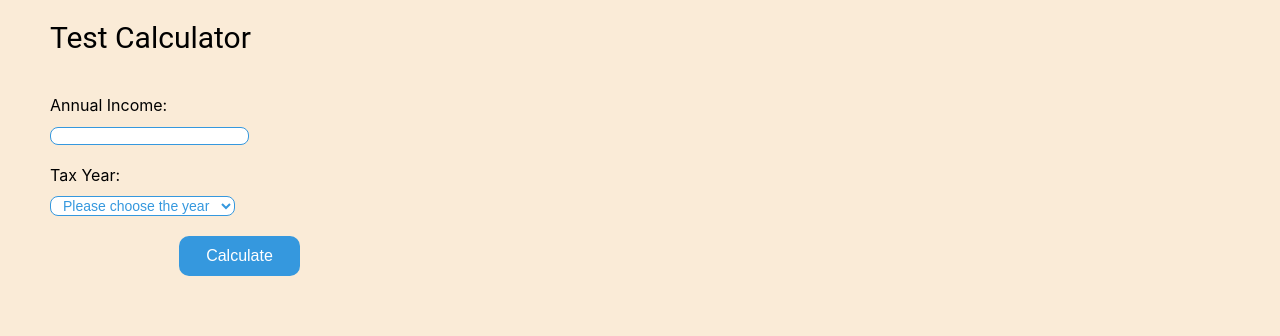
Repository: jbpadilha/taxcalculator
Page: /
The author's editor kept a copy of each file at every save. The page is drawn from the files as they stood at one save, then again after a run of saves.
The browser window is 1280 px wide. The pictures show the whole page.
The project was rebuilt for these pictures with package versions that can differ from the ones it lists, and the page was loaded fresh each time.

Above is the page before, as saved 2023-06-17 21:43:24.

After the next 2 saves:
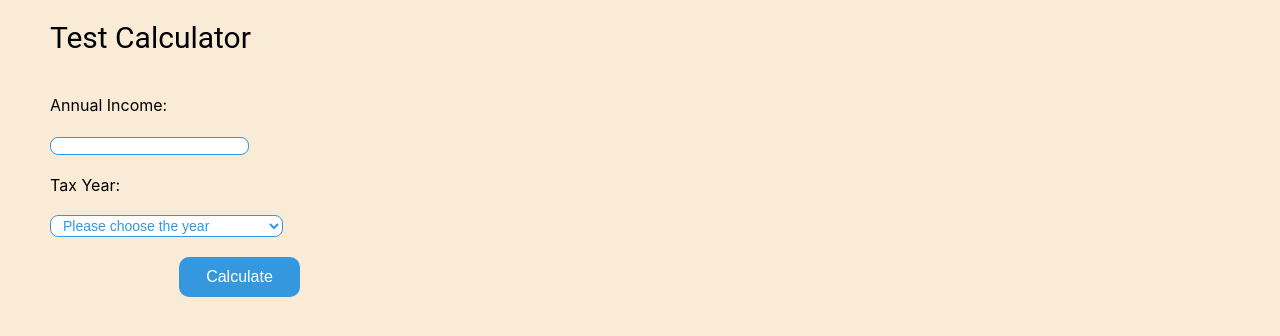
The 2 saves are shown as one change because 1 did not build or start.
The last was saved 14 min 10 s later.
--- a/src/components/Main.tsx
+++ b/src/components/Main.tsx
@@ -8,7 +8,7 @@ const styles = {
         paddingLeft: 50,
         width: 250
     },
-    contentForm: {
+    marginTop: {
         marginTop: 20,
     },
     title: {
@@ -21,12 +21,6 @@ const styles = {
     },
     description: {
 
-    },
-    contentInput: {
-        marginTop: 20,
-    },
-    marginInput: {
-        marginTop: 10,
     },
     contentButton: {
         marginTop: 20,
@@ -78,21 +72,21 @@ const Main = () => {
     return (
         <div style={styles.content}>
             <div style={styles.title}>Test Calculator</div>
-            <div style={styles.contentForm}>
-                <div style={styles.contentInput}>
+            <div style={styles.marginTop}>
+                <div style={styles.marginTop}>
                     <div>
                         <label htmlFor='income' style={styles.titleInput}>Annual Income:</label>
                     </div>
-                    <div style={styles.marginInput}>
+                    <div style={styles.marginTop}>
                         <input style={styles.input} type="text" id="income" name="income" />
                     </div>
                 </div>
-                <div style={styles.contentInput}>
+                <div style={styles.marginTop}>
                     <div>
                         <label htmlFor='taxYear' style={styles.titleInput}>Tax Year:</label>
                     </div>
-                    <div style={styles.marginInput}>
-                    <select onChange={()=>{}} style={styles.input} id="taxYear" name="taxYear">
+                    <div style={styles.marginTop}>
+                    <select onChange={()=>{}} style={{...styles.input, ...styles.textInput}} id="taxYear" name="taxYear">
                         <option>Please choose the year</option>
                         {Array.from(years.entries()).map((entry) => {
                             const [key, value ] = entry;
